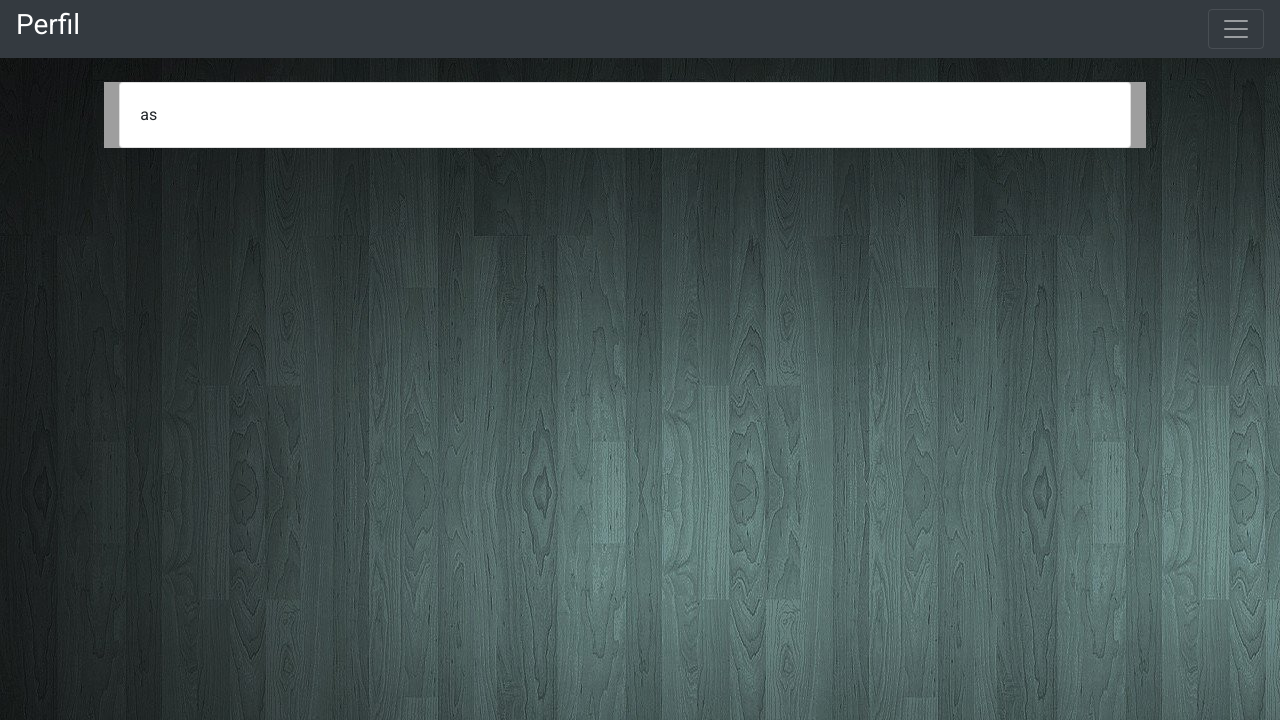
Repository: UncEmerson/UncEmerson
Page: index.html
The author's editor kept a copy of each file at every save. The page is drawn from the files as they stood at one save, then again after the next save.
The browser window is 1280 px wide. The pictures show the whole page.
Pictures or frames that could not be fetched are drawn as grey boxes.

Above is the page before, as saved 2019-06-12 00:46:16.

### index.html
<!DOCTYPE html>
<html lang="en">

<head>
    <meta charset="UTF-8">
    <meta name="viewport" content="width=device-width, initial-scale=1.0">
    <meta http-equiv="X-UA-Compatible" content="ie=edge">
    <title>Inicio</title>

    <link rel="stylesheet" href="bower_components/bootstrap/css/bootstrap.min.css">
    <link href="https://fonts.googleapis.com/css?family=Roboto&display=swap" rel="stylesheet">
    <link href="https://fonts.googleapis.com/icon?family=Material+Icons" rel="stylesheet">
    <link rel="stylesheet" href="style.css">

</head>

<body class="fondo1">
    <header>
        <div class="pos-f-t">
            <div class="collapse" id="navbarToggleExternalContent">
                <div class="bg-dark p-4">
                    <div class="col-md-12">
                        <div class="row  text-white text-center">
                            <div class="col-md-8">
                                <div class="row">
                                    <div class="col-md-4">
                                        <div class="card-transparent">
                                            <a href="" class="btn text-white">
                                                <i class="medium material-icons">person</i><br> Perfil
                                            </a>
                                        </div>
                                    </div>
                                    <div class="col-md-4">
                                        <div class="card-transparent">
                                            <a href="" class="btn text-white">
                                                <i class="medium material-icons">people</i><br> Contactos
                                            </a>
                                        </div>
                                    </div>
                                    <div class="col-md-4">
                                        <div class="card-transparent">
                                            <a href="" class="btn text-white">
                                                <i class="medium material-icons">burst_mode</i><br> Lugares Turísticos
                                            </a>
                                        </div>
                                    </div>
                                </div>
                            </div>
                            <div class="col-md-4">
                                <div class="card-transparent">
                                    <div class="card-body">
                                        social
                                    </div>
                                </div>
                            </div>
                        </div>
                    </div>
                </div>
            </div>
            <nav class="navbar navbar-dark bg-dark ">
                <h3 class="text-white">Perfil</h3>
                <button class="navbar-toggler" type="button" data-toggle="collapse" data-target="#navbarToggleExternalContent" aria-controls="navbarToggleExternalContent" aria-expanded="false" aria-label="Toggle navigation">
                        <span class="navbar-toggler-icon"></span>
                      </button>
            </nav>
        </div>
    </header>

    <section class=" mt-4 col-md-12 row justify-content-center ">
        <article class="set1 col-md-10">
            <article class="row">
                <article class="col-md-7">

                </article>
                <article class="col-md-5">

                </article>
            </article>

            <article class="card">
                <article class="card-body">
                    as
                </article>
            </article>
        </article>
    </section>


</body>
<script src="bower_components/jquery/dist/jquery.slim.min.js"></script>
<script src="bower_components/bootstrap/js/bootstrap.min.js"></script>

</html>

### style.css
* {
    font-family: 'Roboto', sans-serif;
}

.fondo1 {
    background: url(images/fondo1.jpg)
}

.medium {
    font-size: 4rem
}

.set1 {
    background: url(images/set1.jpg)
}

Loaded but not shown: bower_components/bootstrap/css/bootstrap.min.css (library); bower_components/jquery/dist/jquery.slim.min.js (library); bower_components/bootstrap/js/bootstrap.min.js (library)

After the next save:
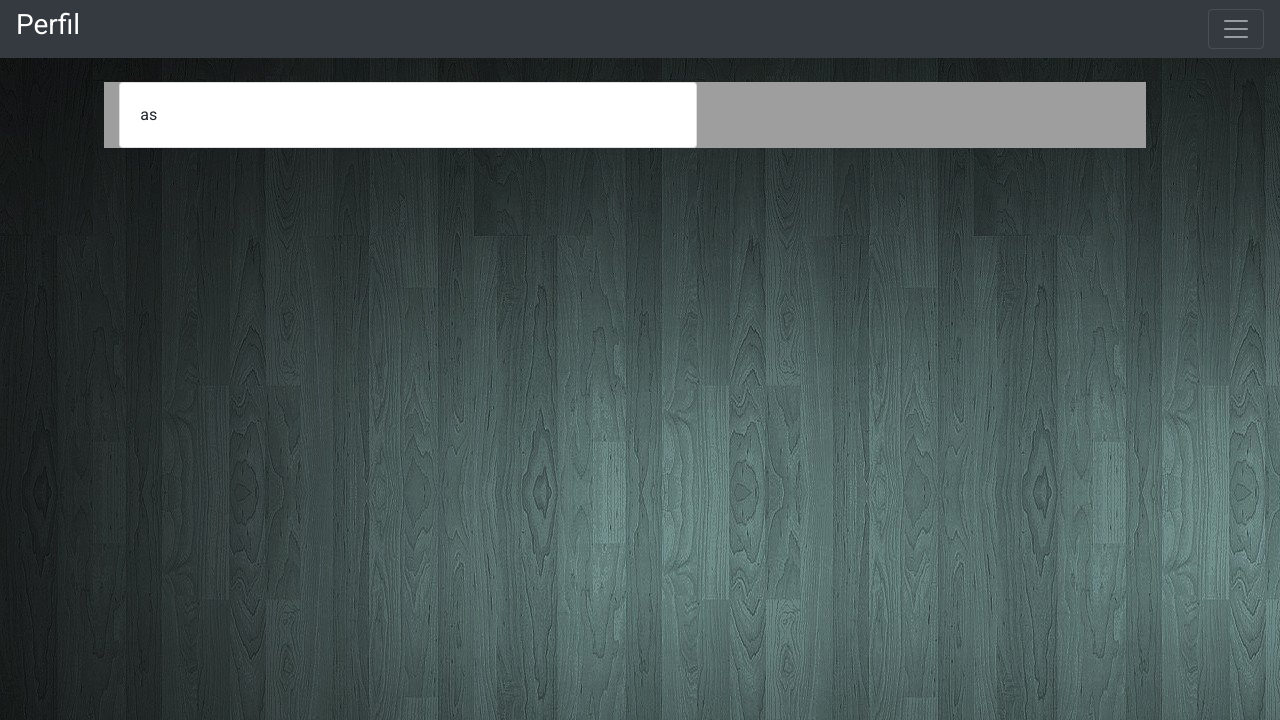
Saved 9 s later.
--- a/index.html
+++ b/index.html
@@ -70,18 +70,18 @@
         <article class="set1 col-md-10">
             <article class="row">
                 <article class="col-md-7">
-
+                    <article class="card">
+                        <article class="card-body">
+                            as
+                        </article>
+                    </article>
                 </article>
                 <article class="col-md-5">
 
                 </article>
             </article>
 
-            <article class="card">
-                <article class="card-body">
-                    as
-                </article>
-            </article>
+
         </article>
     </section>
 
